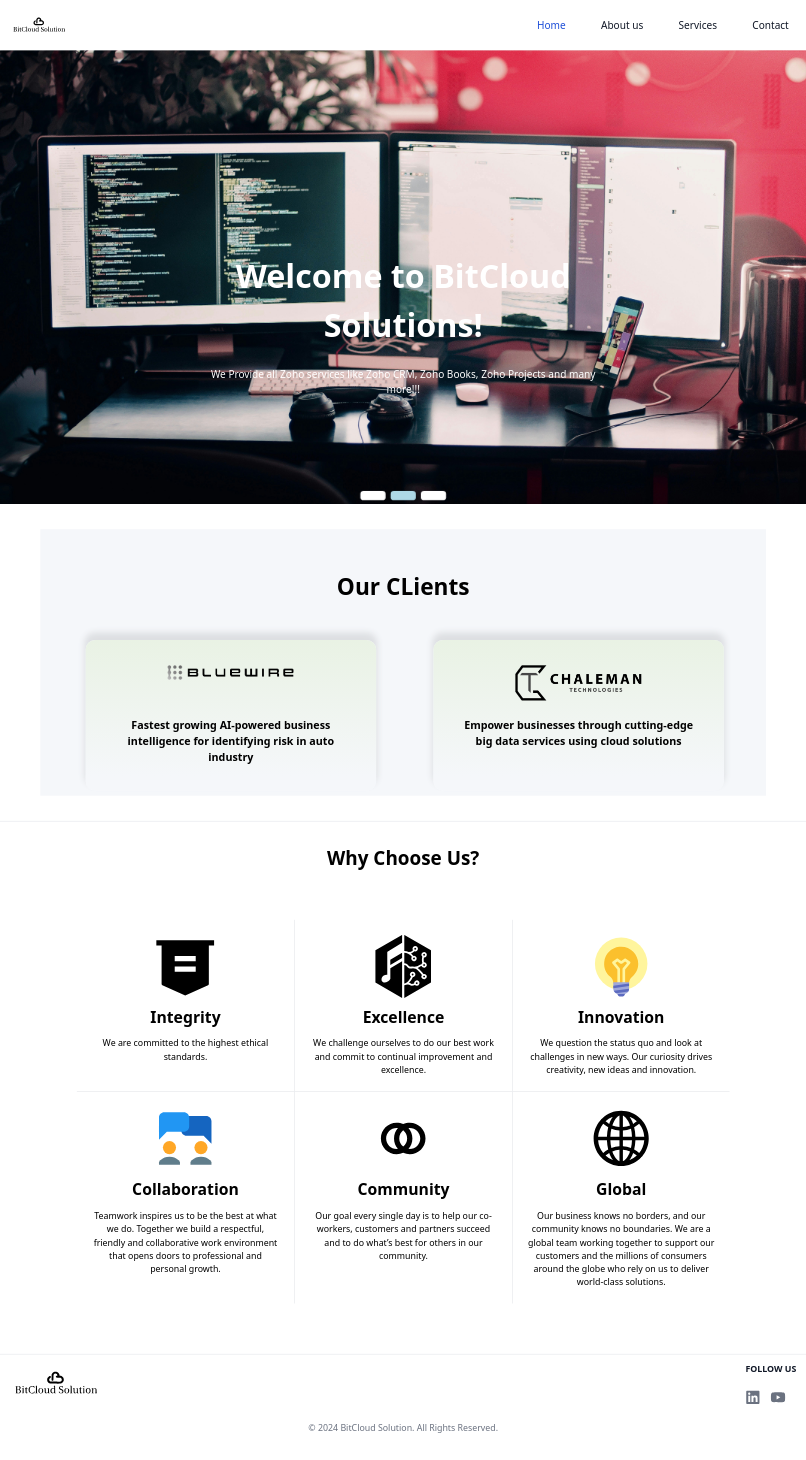
Repository: huzaifaBitCloud/BitCloud-website
Page: /
An editor plug-in stored every save of this project. The page is shown before and after the next save, followed by the edit.
The browser window is 1280 px wide. The pictures show the whole page, at 63% of full size.
The project was rebuilt for these pictures with package versions that can differ from the ones it lists, and the page was loaded fresh each time. The framework's server and built-in components were replaced by stand-ins that run in the browser. Also part of the build but not shown: next.config.mjs.

Above is the page before, as saved 2025-01-09 14:54:01.

### src/app/page.tsx
import Layout from "@/components/Layout";
import Hero from "@/components/Hero";
import OurClients from "@/components/OurClients";
import WhyUs from "@/components/WhyUs";
import Footer from "@/components/Footer";
import { ImageCarousel } from "@/components/ImageCarousel";

export default function Home() {
  return (
    <Layout>
      <div className="">
        {/* <Hero
          imageUrl="https://static.zohocdn.com/sites/stock-images/images/zpstock-image-37.jpg"
        /> */}
        <ImageCarousel />
      </div>
      <div className="mt-10">
        <OurClients />
      </div>
      <div className="my-10 border-t">
        <WhyUs />
      </div>
      <div className="mt-10 mb-10">
        <Footer />
      </div>
    </Layout>
  );
}

### src/app/globals.css
@tailwind base;
@tailwind components;
@tailwind utilities;

.custom-cards-ourClient {
  box-shadow: 0px -10px 10px 2px rgba(221, 223, 226, 1);
  border-radius: 15px;
  background: linear-gradient(180deg, #e9f2e4 0%, #f5f7fa 90%);
}

:root {
  /* --color-primary: #e9f2e4;
    --color-secondary: #f5f7fa;
*/
  --h-100vh: 100vh;
}

/* ABout CSS */

.btn-about {
  display: inline-block;
  margin: 0 0.625rem;
  padding: 0.3125rem 1.25rem;
  border-radius: 1.25rem;
  background: transparent;
  border: solid 0.0625rem #fff;
  position: relative;
  z-index: 9;
}
.main-hero-about {
  clip-path: polygon(
    50% 0%,
    100% 0,
    100% 35%,
    100% 86%,
    49% 100%,
    0 85%,
    0% 35%,
    0 0
  );
}

/* Services */

.zoomIn {
  -webkit-animation-name: zoomIn;
  animation-name: zoomIn;
  -webkit-animation-duration: 1s;
  animation-duration: 1s;
  -webkit-animation-fill-mode: both;
  animation-fill-mode: both;
}
@-webkit-keyframes zoomIn {
  0% {
    opacity: 0;
    -webkit-transform: scale3d(0.3, 0.3, 0.3);
    transform: scale3d(0.3, 0.3, 0.3);
  }
  50% {
    opacity: 1;
  }
}
@keyframes zoomIn {
  0% {
    opacity: 0;
    -webkit-transform: scale3d(0.3, 0.3, 0.3);
    transform: scale3d(0.3, 0.3, 0.3);
  }
  50% {
    opacity: 1;
  }
}

.card-services {
  border-top: 10px solid transparent;
  transition: border-top-color 0.4s, box-shadow 0.4s;
}

.card-services:hover {
  border-top-color: #2563eb;
  box-shadow: 0px 0px 5px rgba(0, 0, 0, 0.75);
}


@media only screen and (max-width: 760px) {
  .main-hero-about {
    clip-path: polygon(
      50% 0%,
      100% 0,
      100% 35%,
      100% 92%,
      49% 100%,
      0 92%,
      0% 35%,
      0 0
    );
  }
  .main-hero-about {
    height: var(--h-100vh) !important;
  }
  .sub-hero-about {
    text-align: center !important;
    margin: 0 auto !important;
  }
  .mob-btn-about {
    justify-content: center;
  }
  .mob-nav-style{
    position: absolute;
    top: 76%;
    left: 0;
  }
}

### src/components/Layout.tsx
import React from "react";
import { Navbar } from "./Navbar";
// import Footer from "./Footer";

const Layout = ({children}: any) => {
  return (
    <div>
      <Navbar />
      <div className="">{children}</div>
      {/* <Footer /> */}
    </div>
  );
};

export default Layout;

### src/components/OurClients.tsx
import React from "react";

const OurClients = () => {
  const services = [
    {
      id: 1,
      description:
        "Fastest growing AI-powered business intelligence for identifying risk in auto industry",
      icon: "./images/Bluewire-Logo.png", // Use the actual icon component
    },
    {
      id: 2,
      description:
        "Empower businesses through cutting-edge big data services using cloud solutions",
      icon: "./images/chaleman.png",
    },
  ];

  return (
    <section id="services" className="xs:w-full sm:w-full lg:w-[90%] mx-auto my-5 bg-[#f5f7fa] px-4 py-2">
      {/* HEADER AND IMAGE SECTION */}
      <div className="mt-16">
        <div>
          <p className="font-playfair font-semibold text-4xl mb-5 text-center">
            Our <span className="text-yellow">CLients</span>
          </p>
        </div>
      </div>

      {/* SERVICES */}
      <div className="grid grid-cols-1 md:grid-cols-2 justify-around  mt-16 gap-10 md:ml-14">
        {services.map((service) => (
          <div
            key={service.id}
            className="relative text-center p-10 xs:w-full sm:w-full lg:w-[90%] custom-cards-ourClient"
          >
            <div className="z-10">
              <div className="w-full flex justify-center ">
                <div className="w-[200px] h-[70px]">
                  <img
                    src={service.icon}
                    alt="client-img"
                    className="object-contain"
                  />
                </div>
              </div>
              <p className="font-playfair font-semibold text-[17px] flex justify-center mt-3">
                {service.description}
              </p>
            </div>
          </div>
        ))}
      </div>
    </section>
  );
};

export default OurClients;

### src/components/WhyUs.tsx
import React from "react";
import { FcCollaboration } from "react-icons/fc";
import { CgCommunity } from "react-icons/cg";
import { AiOutlineGlobal } from "react-icons/ai";
import { FcIdea } from "react-icons/fc";
import { SiMusicbrainz } from "react-icons/si";
import { RiHonourFill } from "react-icons/ri";

const WhyUs = () => {
  const services = [
    {
      id: 1,
      name: "Integrity",
      description: "We are committed to the highest ethical standards.",
      icon: <RiHonourFill size={100} />,
    },
    {
      id: 2,
      name: "Excellence",
      description:
        "We challenge ourselves to do our best work and commit to continual improvement and excellence.",
      icon: <SiMusicbrainz size={100} />,
    },
    {
      id: 3,
      name: "Innovation",
      description:
        "We question the status quo and look at challenges in new ways. Our curiosity drives creativity, new ideas and innovation.",
      icon: <FcIdea size={100} />,
    },
    {
      id: 4,
      name: "Collaboration",
      description:
        "Teamwork inspires us to be the best at what we do. Together we build a respectful, friendly and collaborative work environment that opens doors to professional and personal growth.",
      icon: <FcCollaboration size={100} />,
    },
    {
      id: 5,
      name: "Community",
      description:
        "Our goal every single day is to help our co-workers, customers and partners succeed and to do what’s best for others in our community.",
      icon: <CgCommunity size={100} />,
    },
    {
      id: 6,
      name: "Global",
      description:
        "Our business knows no borders, and our community knows no boundaries. We are a global team working together to support our customers and the millions of consumers around the globe who rely on us to deliver world-class solutions.",
      icon: <AiOutlineGlobal size={100} />,
    },
  ];
  return (
    <div className="w-[90%] mx-auto">
         <h2 className="text-3xl font-bold text-center mt-10 mb-5">Why Choose Us?</h2>
      <div className="w-[90%] mx-auto mt-20 mb-20">
        <div className="grid grid-cols-1 md:grid-cols-2 lg:grid-cols-3">
          {services.map((service, index) => (
            <div
              key={service.id}
              className={`relative bg-white text-center ${
                index >= 0
                  ? index == 0 || index == 3
                    ? index == 3
                      ? ""
                      : "border-b"
                    : index > 3
                    ? "border-l"
                    : "border-l border-b"
                  : ""
              } hover:border-red p-6`}
            >
              <div className="z-10">
                <div className="w-full flex justify-center">{service.icon}</div>

                <h3 className="font-playfair font-semibold text-[25px] mt-3">
                  {service.name}
                </h3>
                <p className="font-playfair text-[14px] flex justify-center mt-3">
                  {service.description}
                </p>
              </div>
            </div>
          ))}
        </div>
      </div>
    </div>
  );
};

export default WhyUs;

### src/components/Footer.tsx
import Link from "next/link";
import { FaLinkedin, FaYoutube } from "react-icons/fa";

const Footer = () => {
  return (
    <footer className="bg-white dark:bg-gray-900 border-t w-full">
      <div className="container mx-auto px-4 pt-3">
        <div className="md:flex md:justify-between mb-6">
          <div className="flex items-center justify-center mb-6 md:mb-0">
            <img
              src="/images/logo.svg"
              alt="BitCloud Logo"
              className="h-14 mr-3"
            />
          </div>
          <div className="grid xs:grid-cols-1 gap-8 sm:gap-6">
            <div className="sm:mx-auto">
              <h2 className="mb-6 text-sm font-semibold text-gray-900 uppercase dark:text-white">
                Follow Us
              </h2>
              <div className="flex space-x-4 mt-4 sm:mt-0">
                <Link
                  href="https://www.linkedin.com/company/bitcloud-solution-software/"
                  aria-label="LinkedIn"
                  className="text-gray-500 hover:text-blue-600 dark:hover:text-blue-400"
                >
                  <FaLinkedin className="w-6 h-6" />
                </Link>
                <Link
                  href="http://www.youtube.com/@BitCloudSolution"
                  aria-label="YouTube"
                  className="text-gray-500 hover:text-red-600 dark:hover:text-red-400"
                >
                  <FaYoutube className="w-6 h-6" />
                </Link>
              </div>
            </div>
          </div>
        </div>
        {/* <hr className="my-6 border-gray-200 dark:border-gray-700 lg:my-8 w-[100%]" /> */}
        <div className="text-center">
          <span className="text-sm text-gray-500 dark:text-gray-400">
            © 2024{" "}
            <Link
              href="https://bitcloudsolution.com/"
              className="hover:underline"
            >
              BitCloud Solution
            </Link>
            . All Rights Reserved.
          </span>
        </div>
      </div>
    </footer>
  );
};

export default Footer;

### src/components/ImageCarousel.tsx
"use client"

import React from 'react';
import { Galleria } from 'primereact/galleria';
import "../components/styling/ImageCarousel.css"


const images = [
  {
    itemImageSrc: "/images/contact-image.jpeg",
    title: 'Welcome to BitCloud Solutions!',
    alt: 'Image 1',
  },
  {
    itemImageSrc: "/images/web-developer.jpg",
    title: 'Welcome to BitCloud Solutions!',
    alt: 'Image 2'
  },
  {
    itemImageSrc: "/images/image1.jpg",
    title: 'Welcome to BitCloud Solutions!',
    alt: 'Image 3'
  }
];

const itemTemplate = (item) => {
  return (
    <div className="image-container" style={{ width: '100%', textAlign: 'center' }}>
      <img src={item.itemImageSrc} alt={item.alt} style={{ width: '100%', display: 'block' }} />

      <div key={`${item.itemImageSrc}-heading`} className="carousel-text-heading">
        {item.title}
      </div>
      <div key={`${item.itemImageSrc}-paragraph`} className="carousel-text-paragraph">
       We Provide all Zoho services like Zoho CRM, Zoho Books, Zoho Projects and many more!!!
      </div>
    </div>
  );
}

export const ImageCarousel = () => {
  return (
    <div className="card" style={{ width: '100%', height: '100%', margin: '0 auto', position: "relative" }}>
      <Galleria
        value={images}
        numVisible={5}
        circular
        responsiveOptions={[
          {
            breakpoint: '1024px',
            numVisible: 3
          },
          {
            breakpoint: '768px',
            numVisible: 2
          },
          {
            breakpoint: '560px',
            numVisible: 1
          }
        ]}
        showThumbnails={false}
        showIndicators
        // showItemNavigators
        item={itemTemplate}
        autoPlay={true}
        transitionOptions={{ easing: 'ease-in-out', duration: 1000 }}
      />
    </div>
  );
}

### src/components/styling/ImageCarousel.css

img {
    max-height: 45rem;
    object-fit: cover;
  }

  .p-galleria-item-next.p-galleria-item-nav.p-link,
  .p-galleria-item-prev.p-galleria-item-nav.p-link {
    transform: translateY(-45%);
    background-color: #34291b;
    border-radius: 24px;
    width: 2.5rem;
    height: 2.5rem;
  }

  .p-galleria-item-prev.p-galleria-item-nav.p-link {
    z-index: 1;
    margin-left: 1.5rem;
  }

  .p-galleria-item-next.p-galleria-item-nav.p-link {
    margin-right: 1.5rem;
  }

  .p-galleria-item-prev.p-galleria-item-nav.p-link:hover,
  .p-galleria-item-next.p-galleria-item-nav.p-link:hover {
    background-color: #252728;
  }

  .p-icon.p-galleria-item-prev-icon,
  .p-icon.p-galleria-item-next-icon {
    color: white;
    width: 18px;
    height: 18px;
    stroke: white;
    stroke-width: 2;
  }

  .carousel-text-heading {
    width: 50%;
    position: absolute;
    top: 55%;
    left: 50%;
    transform: translate(-50%, -50%);
    color: white;
    border-radius: 10px;
    font-size: 3.2rem;
    font-weight: bold;
    text-align: center;
    animation: slideFromY 1s ease-in-out forwards;
  }

  .carousel-text-paragraph {
    width: 50%;
    position: absolute;
    top: 73%;
    left: 50%;
    transform: translate(-50%, -50%);
    color: white;
    border-radius: 10px;
    font-size: 1rem;
    text-align: center;
    animation: slideFromY 1.5s ease-in-out forwards;
  }
  @keyframes slideFromY {
    0% {
      opacity: 0;
      transform: translate(-100%, -50%);
    }
    100% {
      opacity: 1;
      transform: translate(-50%, -50%);
    }
  }

  @media (max-width: 1024px) and (min-width: 769px) {
    .carousel-text-heading {
      width: 65%;
      font-size: 2.5rem;
    }

    .carousel-text-paragraph {
      width: 60%;
      font-size: 0.9rem;
    }
  }

  @media (max-width: 768px) and (min-width: 561px) {
    .carousel-text-heading {
      font-size: 1.5rem;
      width: 65%;
    }

    .carousel-text-paragraph {
      font-size: 0.6rem;
      width: 60%;
    }
  }

  @media (max-width: 560px) {
    .carousel-text-heading {
      font-size: 1rem;
      width: 65%;
    }

    .carousel-text-paragraph {
      font-size: 0.5rem;
      width: 60%;
    }
  }
  ul.p-galleria-indicators.p-reset {
    position: absolute;
    bottom: 0;
    left: 50%;
    transform: translateX(-50%);
}
  .p-galleria-indicators .p-galleria-indicator button {
    width: 40px;
    height: 15px;
    background-color: white; /* Non-active indicators */
    border-radius: 5px;
    margin: 0 4px;
    transition: background-color 0.3s ease;
    position: relative;
}

.p-galleria-indicators .p-galleria-indicator.p-highlight button {
    background-color: #add8e6;
}

.p-galleria-indicators .p-galleria-indicator button:hover {
    background-color: #ffffff;
}

Loaded but not shown: src/app/layout.tsx (common file); tailwind.config.ts (common file); src/components/Navbar.tsx (127 lines, source omitted)

After the next save:
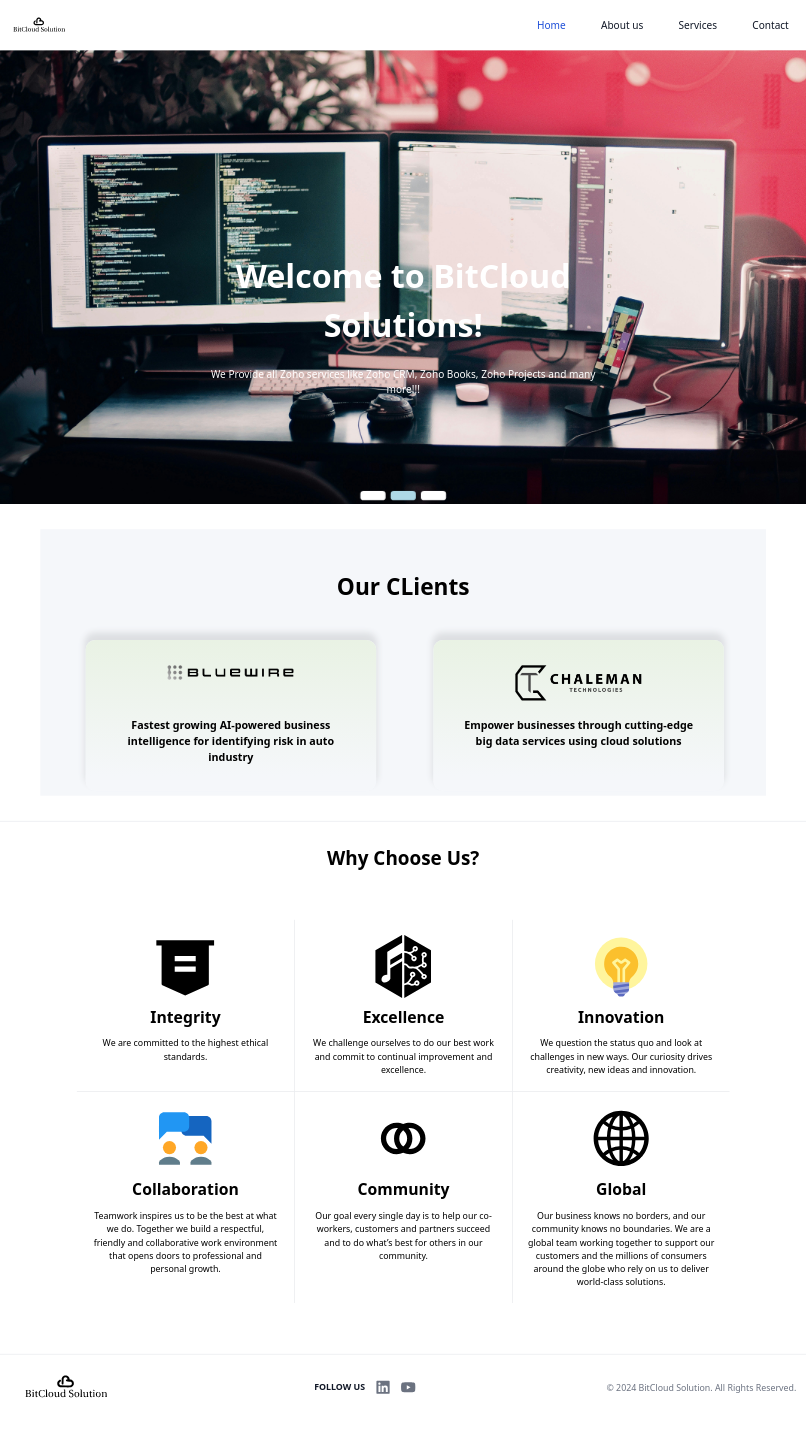
Saved 4 min 27 s later.
--- a/src/components/Footer.tsx
+++ b/src/components/Footer.tsx
@@ -1,54 +1,115 @@
+// import Link from "next/link";
+// import { FaLinkedin, FaYoutube } from "react-icons/fa";
+
+// const Footer = () => {
+//   return (
+//     <footer className="bg-white dark:bg-gray-900 border-t w-full">
+//       <div className="container mx-auto px-4 pt-3">
+//         <div className="md:flex md:justify-between mb-6">
+//           <div className="flex items-center justify-center mb-6 md:mb-0">
+//             <img
+//               src="/images/logo.svg"
+//               alt="BitCloud Logo"
+//               className="h-14 mr-3"
+//             />
+//           </div>
+//           <div className="grid xs:grid-cols-1 gap-8 sm:gap-6">
+//             <div className="sm:mx-auto">
+//               <h2 className="mb-6 text-sm font-semibold text-gray-900 uppercase dark:text-white">
+//                 Follow Us
+//               </h2>
+//               <div className="flex space-x-4 mt-4 sm:mt-0">
+//                 <Link
+//                   href="https://www.linkedin.com/company/bitcloud-solution-software/"
+//                   aria-label="LinkedIn"
+//                   className="text-gray-500 hover:text-blue-600 dark:hover:text-blue-400"
+//                 >
+//                   <FaLinkedin className="w-6 h-6" />
+//                 </Link>
+//                 <Link
+//                   href="http://www.youtube.com/@BitCloudSolution"
+//                   aria-label="YouTube"
+//                   className="text-gray-500 hover:text-red-600 dark:hover:text-red-400"
+//                 >
+//                   <FaYoutube className="w-6 h-6" />
+//                 </Link>
+//               </div>
+//             </div>
+//           </div>
+//         </div>
+//         {/* <hr className="my-6 border-gray-200 dark:border-gray-700 lg:my-8 w-[100%]" /> */}
+//         <div className="text-center">
+//           <span className="text-sm text-gray-500 dark:text-gray-400">
+//             © 2024{" "}
+//             <Link
+//               href="https://bitcloudsolution.com/"
+//               className="hover:underline"
+//             >
+//               BitCloud Solution
+//             </Link>
+//             . All Rights Reserved.
+//           </span>
+//         </div>
+//       </div>
+//     </footer>
+//   );
+// };
+
+// export default Footer;
+
 import Link from "next/link";
 import { FaLinkedin, FaYoutube } from "react-icons/fa";
 
 const Footer = () => {
   return (
     <footer className="bg-white dark:bg-gray-900 border-t w-full">
-      <div className="container mx-auto px-4 pt-3">
-        <div className="md:flex md:justify-between mb-6">
-          <div className="flex items-center justify-center mb-6 md:mb-0">
+      <div className="container mx-auto px-4 py-6">
+        <div className="flex flex-wrap items-center justify-between">
+          {/* Logo */}
+          <div className="flex items-center mb-4 md:mb-0">
             <img
               src="/images/logo.svg"
               alt="BitCloud Logo"
-              className="h-14 mr-3"
+              className="h-14 mr-3 lg:ml-4"
             />
           </div>
-          <div className="grid xs:grid-cols-1 gap-8 sm:gap-6">
-            <div className="sm:mx-auto">
-              <h2 className="mb-6 text-sm font-semibold text-gray-900 uppercase dark:text-white">
-                Follow Us
-              </h2>
-              <div className="flex space-x-4 mt-4 sm:mt-0">
-                <Link
-                  href="https://www.linkedin.com/company/bitcloud-solution-software/"
-                  aria-label="LinkedIn"
-                  className="text-gray-500 hover:text-blue-600 dark:hover:text-blue-400"
-                >
-                  <FaLinkedin className="w-6 h-6" />
-                </Link>
-                <Link
-                  href="http://www.youtube.com/@BitCloudSolution"
-                  aria-label="YouTube"
-                  className="text-gray-500 hover:text-red-600 dark:hover:text-red-400"
-                >
-                  <FaYoutube className="w-6 h-6" />
-                </Link>
-              </div>
+
+          {/* Follow Us */}
+          <div className="flex items-center mb-4 md:mb-0">
+            <h2 className="text-sm font-semibold text-gray-900 uppercase dark:text-white mr-4">
+              Follow Us
+            </h2>
+            <div className="flex space-x-4">
+              <Link
+                href="https://www.linkedin.com/company/bitcloud-solution-software/"
+                aria-label="LinkedIn"
+                className="text-gray-500 hover:text-blue-600 dark:hover:text-blue-400"
+              >
+                <FaLinkedin className="w-6 h-6" />
+              </Link>
+              <Link
+                href="http://www.youtube.com/@BitCloudSolution"
+                aria-label="YouTube"
+                className="text-gray-500 hover:text-red-600 dark:hover:text-red-400"
+              >
+                <FaYoutube className="w-6 h-6" />
+              </Link>
             </div>
           </div>
-        </div>
-        {/* <hr className="my-6 border-gray-200 dark:border-gray-700 lg:my-8 w-[100%]" /> */}
-        <div className="text-center">
-          <span className="text-sm text-gray-500 dark:text-gray-400">
-            © 2024{" "}
-            <Link
-              href="https://bitcloudsolution.com/"
-              className="hover:underline"
-            >
-              BitCloud Solution
-            </Link>
-            . All Rights Reserved.
-          </span>
+
+          {/* Rights */}
+          <div className="text-center w-full md:w-auto">
+            <span className="text-sm text-gray-500 dark:text-gray-400">
+              © 2024{" "}
+              <Link
+                href="https://bitcloudsolution.com/"
+                className="hover:underline"
+              >
+                BitCloud Solution
+              </Link>
+              . All Rights Reserved.
+            </span>
+          </div>
         </div>
       </div>
     </footer>
